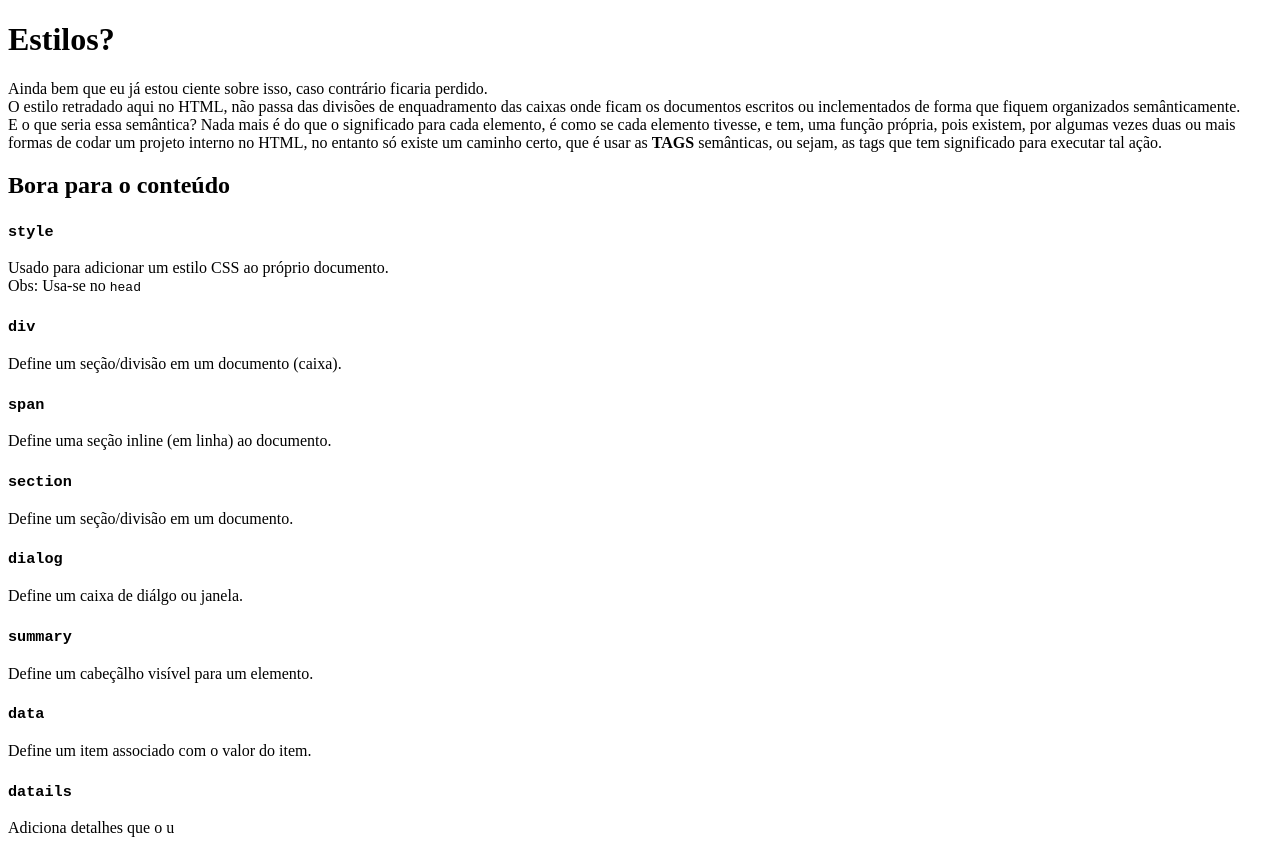
Repository: ErikMesquita/Danki-Code
Page: estilos/index.html
These files come from the project's save history. The page is drawn as it stood at one moment and after a run of saves; the edit follows.
The browser window is 1280 px wide. The pictures show the whole page.

Above is the page before, as saved 2023-10-29 18:19:53.

After the next 5 saves:
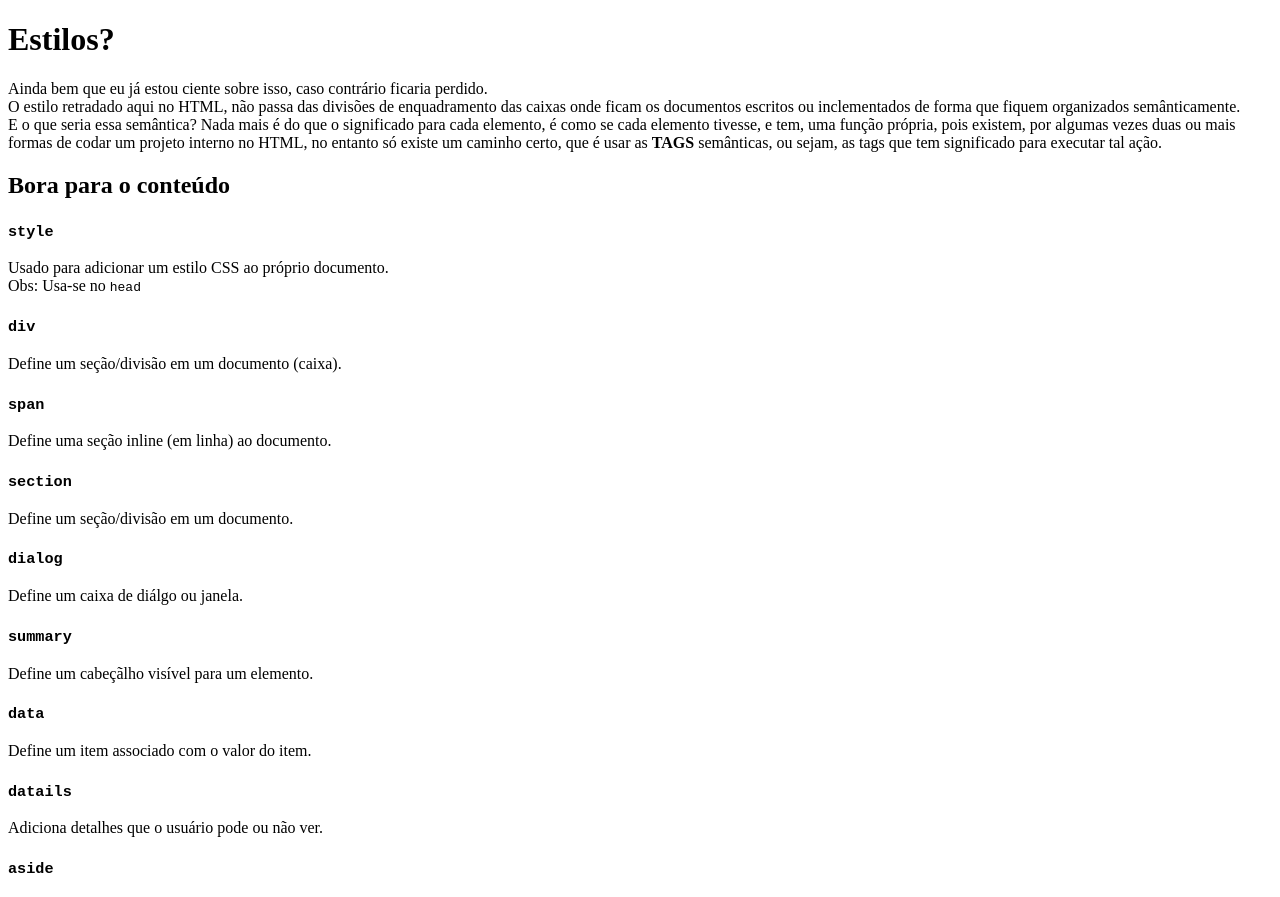
The 5 saves are shown as one change because they came seconds apart.
The last was saved 19 s later.
--- a/estilos/index.html
+++ b/estilos/index.html
@@ -56,7 +56,12 @@
 
             <h3><code>datails</code></h3>
             <p>
-                Adiciona detalhes que o u
+                Adiciona detalhes que o usuário pode ou não ver.
+            </p>
+
+            <h3><code>aside</code></h3>
+            <p>
+
             </p>
 
 
